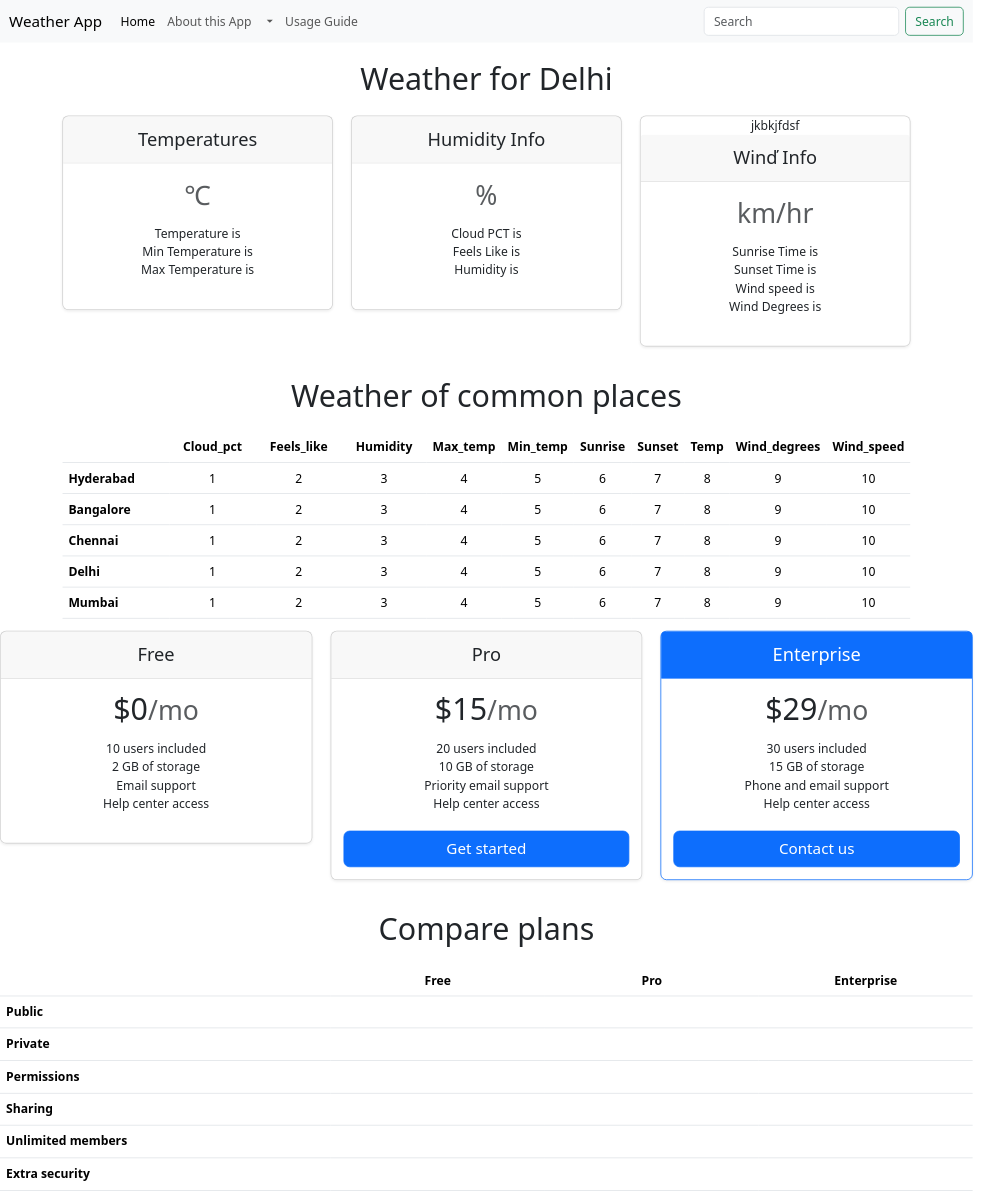
Repository: Abhilash2909/weather
Page: index.html
The author's editor kept a copy of each file at every save. The page is drawn from the files as they stood at one save, then again after the next save.
The browser window is 1280 px wide. The page is 1292 px wide, so the pictures cover 1292 px, including what lies to the right of the window. The pictures show the whole page, at 76% of full size.
The page's requests for data from a server got no answer.

Above is the page before, as saved 2024-02-11 17:02:30.

### index.html
<!doctype html>
<html lang="en">
  <head>
    <meta charset="utf-8">
    <meta name="viewport" content="width=device-width, initial-scale=1">
    <title>My Weather App</title>
    <link href="https://cdn.jsdelivr.net/npm/bootstrap@5.3.2/dist/css/bootstrap.min.css" rel="stylesheet" integrity="sha384-T3c6CoIi6uLrA9TneNEoa7RxnatzjcDSCmG1MXxSR1GAsXEV/Dwwykc2MPK8M2HN" crossorigin="anonymous">
  </head>
  <body>
    <nav class="navbar navbar-expand-lg bg-body-tertiary">
        <div class="container-fluid">
          <a class="navbar-brand" href="#">Weather App</a>
          <button class="navbar-toggler" type="button" data-bs-toggle="collapse" data-bs-target="#navbarSupportedContent" aria-controls="navbarSupportedContent" aria-expanded="false" aria-label="Toggle navigation">
            <span class="navbar-toggler-icon"></span>
          </button>
          <div class="collapse navbar-collapse" id="navbarSupportedContent">
            <ul class="navbar-nav me-auto mb-2 mb-lg-0">
              <li class="nav-item">
                <a class="nav-link active" aria-current="page" href="#">Home</a>
              </li>
              <li class="nav-item">
                <a class="nav-link" href="#">About this App</a>
              </li>
              <li class="nav-item dropdown">
                <a class="nav-link dropdown-toggle" href="#" role="button" data-bs-toggle="dropdown" aria-expanded="false">
                </a>
                <ul class="dropdown-menu">
                  <li><a class="dropdown-item" href="#">Delhi</a></li>
                  <li><a class="dropdown-item" href="#">Seattle</a></li>
                  <li><a class="dropdown-item" href="#">Bangalore</a></li>
                </ul>
              </li>
              <li class="nav-item">
                <a class="nav-link" aria-disabled="true">Usage Guide</a>
              </li>
            </ul>
            <form class="d-flex" role="search">
              <input id="city" class="form-control me-2" type="search" placeholder="Search" aria-label="Search">
              <button class="btn btn-outline-success" type="submit" id="submit">Search</button>
            </form>
          </div>
        </div>
      </nav>

      <div class="container">
        <main>
          <h1 class= "my-4 text-center">Weather for <span id="cityName"></span></h1>
          <div class="row row-cols-1 row-cols-md-3 mb-3 text-center">
          <div class="col">
            <div class="card mb-4 rounded-3 shadow-sm">
              <div class="card-header py-3">
                <h4 class="my-0 fw-normal">Temperatures</h4>
              </div>
              <div class="card-body">
                <h1 class="card-title pricing-card-title"><span id="temp2"></span><small class="text-body-secondary fw-light"></span><span>&#8451;</span></small></h1>
                <ul class="list-unstyled mt-3 mb-4">
                  <li>Temperature is <span id="temp" ></span></li>
                  <li>Min Temperature is <span id="min_temp" ></span></li>
                  <li>Max Temperature is <span id="max_temp" ></span></li>
                </ul>
                <!-- <button type="button" class="w-100 btn btn-lg btn-outline-primary">Sign up for free</button> -->
              </div>
            </div>
          </div>
          <div class="col">
            <div class="card mb-4 rounded-3 shadow-sm">
              <div class="card-header py-3">
                <h4 class="my-0 fw-normal">Humidity Info</h4>
              </div>
              <div class="card-body">
                <h1 class="card-title pricing-card-title"><span id="humidity2" ></span><small class="text-body-secondary fw-light">%</small></h1>
                <ul class="list-unstyled mt-3 mb-4">
                  <li>Cloud PCT is <span id="cloud_pct" ></span></li>
                  <li>Feels Like is <span id="feels_like" ></span></li>
                  <li>Humidity is <span id="humidity" ></span></li>
                </ul>
                <!-- <button type="button" class="w-100 btn btn-lg btn-primary">Get started</button> -->
              </div>
            </div>
          </div>

          <div class="col">
            <div class="card mb-4 rounded-3 shadow-sm">jkbkjfdsf
              <div class="card-header py-3">
                <h4 class="my-0 fw-normal">Winď Info</h4>
              </div>
              <div class="card-body">
                <h1 class="card-title pricing-card-title"><span id="wind_speed2" ></span><small class="text-body-secondary fw-light">km/hr</small></h1>
                <ul class="list-unstyled mt-3 mb-4">
                  <li>Sunrise Time is <span id="sunrise" ></span></li>
                  <li>Sunset Time is <span id="sunset" ></span></li>
                  <li>Wind speed is <span id="wind_speed" ></span></li>
                  <li>Wind Degrees is <span id="wind_degrees" ></span></li>
                </ul>
                <!-- <button type="button" class="w-100 btn btn-lg btn-primary">Contact us</button> -->
              </div>
            </div>
          </div>
        </div>

        <h2 class="display-6 text-center mb-4">Weather of common places</h2>

        <div class="table-responsive">
          <table class="table text-center">
            <thead>
              <tr>
                <th style="width: 34%;">   </th>
                <th style="width: 22%;"> Cloud_pct </th>
                <th style="width: 22%;"> Feels_like </th>
                <th style="width: 22%;"> Humidity </th>
                <th style="width: 22%;"> Max_temp </th>
                <th style="width: 22%;"> Min_temp </th>
                <th style="width: 22%;"> Sunrise </th>
                <th style="width: 22%;"> Sunset </th>
                <th style="width: 22%;"> Temp </th>
                <th style="width: 22%;"> Wind_degrees </th>
                <th style="width: 22%;"> Wind_speed </th>
              </tr>
            </thead>
            <tbody>
              <tr>
                <th scope="row" class="text-start">Hyderabad</th>
                <td>1</td>
                <td>2</td>
                <td>3</td>
                <td>4</td>
                <td>5</td>
                <td>6</td>
                <td>7</td>
                <td>8</td>
                <td>9</td>
                <td>10</td>
              </tr>
              <tr>
                <th scope="row" class="text-start">Bangalore</th>
                <td>1</td>
                <td>2</td>
                <td>3</td>
                <td>4</td>
                <td>5</td>
                <td>6</td>
                <td>7</td>
                <td>8</td>
                <td>9</td>
                <td>10</td>
              </tr>
            </tbody>

            <tbody>
              <tr>
                <th scope="row" class="text-start">Chennai</th>
                <td>1</td>
                <td>2</td>
                <td>3</td>
                <td>4</td>
                <td>5</td>
                <td>6</td>
                <td>7</td>
                <td>8</td>
                <td>9</td>
                <td>10</td>
              </tr>
              <tr>
                <th scope="row" class="text-start">Delhi</th>
                <td>1</td>
                <td>2</td>
                <td>3</td>
                <td>4</td>
                <td>5</td>
                <td>6</td>
                <td>7</td>
                <td>8</td>
                <td>9</td>
                <td>10</td>
              </tr>
              <tr>
                <th scope="row" class="text-start">Mumbai</th>
                <td>1</td>
                <td>2</td>
                <td>3</td>
                <td>4</td>
                <td>5</td>
                <td>6</td>
                <td>7</td>
                <td>8</td>
                <td>9</td>
                <td>10</td>
              </tr>
            </tbody>
          </table>
        </div>
      </main></div>
    <script src="https://cdn.jsdelivr.net/npm/bootstrap@5.3.2/dist/js/bootstrap.bundle.min.js" integrity="sha384-C6RzsynM9kWDrMNeT87bh95OGNyZPhcTNXj1NW7RuBCsyN/o0jlpcV8Qyq46cDfL" crossorigin="anonymous"></script>
    <script src="script.js"></script>
</body>
</html>


<main>
  <div class="row row-cols-1 row-cols-md-3 mb-3 text-center">
    <div class="col">
      <div class="card mb-4 rounded-3 shadow-sm">
        <div class="card-header py-3">
          <h4 class="my-0 fw-normal">Free</h4>
        </div>
        <div class="card-body">
          <h1 class="card-title pricing-card-title">$0<small class="text-body-secondary fw-light">/mo</small></h1>
          <ul class="list-unstyled mt-3 mb-4">
            <li>10 users included</li>
            <li>2 GB of storage</li>
            <li>Email support</li>
            <li>Help center access</li>
          </ul>
          <!-- <button type="button" class="w-100 btn btn-lg btn-outline-primary">Sign up for free</button> -->
        </div>
      </div>
    </div>
    <div class="col">
      <div class="card mb-4 rounded-3 shadow-sm">
        <div class="card-header py-3">
          <h4 class="my-0 fw-normal">Pro</h4>
        </div>
        <div class="card-body">
          <h1 class="card-title pricing-card-title">$15<small class="text-body-secondary fw-light">/mo</small></h1>
          <ul class="list-unstyled mt-3 mb-4">
            <li>20 users included</li>
            <li>10 GB of storage</li>
            <li>Priority email support</li>
            <li>Help center access</li>
          </ul>
          <button type="button" class="w-100 btn btn-lg btn-primary">Get started</button>
        </div>
      </div>
    </div>
    <div class="col">
      <div class="card mb-4 rounded-3 shadow-sm border-primary">
        <div class="card-header py-3 text-bg-primary border-primary">
          <h4 class="my-0 fw-normal">Enterprise</h4>
        </div>
        <div class="card-body">
          <h1 class="card-title pricing-card-title">$29<small class="text-body-secondary fw-light">/mo</small></h1>
          <ul class="list-unstyled mt-3 mb-4">
            <li>30 users included</li>
            <li>15 GB of storage</li>
            <li>Phone and email support</li>
            <li>Help center access</li>
          </ul>
          <button type="button" class="w-100 btn btn-lg btn-primary">Contact us</button>
        </div>
      </div>
    </div>
  </div>

  <h2 class="display-6 text-center mb-4">Compare plans</h2>

  <div class="table-responsive">
    <table class="table text-center">
      <thead>
        <tr>
          <th style="width: 34%;"></th>
          <th style="width: 22%;">Free</th>
          <th style="width: 22%;">Pro</th>
          <th style="width: 22%;">Enterprise</th>
        </tr>
      </thead>
      <tbody>
        <tr>
          <th scope="row" class="text-start">Public</th>
          <td><svg class="bi" width="24" height="24"><use xlink:href="#check"></use></svg></td>
          <td><svg class="bi" width="24" height="24"><use xlink:href="#check"></use></svg></td>
          <td><svg class="bi" width="24" height="24"><use xlink:href="#check"></use></svg></td>
        </tr>
        <tr>
          <th scope="row" class="text-start">Private</th>
          <td></td>
          <td><svg class="bi" width="24" height="24"><use xlink:href="#check"></use></svg></td>
          <td><svg class="bi" width="24" height="24"><use xlink:href="#check"></use></svg></td>
        </tr>
      </tbody>

      <tbody>
        <tr>
          <th scope="row" class="text-start">Permissions</th>
          <td><svg class="bi" width="24" height="24"><use xlink:href="#check"></use></svg></td>
          <td><svg class="bi" width="24" height="24"><use xlink:href="#check"></use></svg></td>
          <td><svg class="bi" width="24" height="24"><use xlink:href="#check"></use></svg></td>
        </tr>
        <tr>
          <th scope="row" class="text-start">Sharing</th>
          <td></td>
          <td><svg class="bi" width="24" height="24"><use xlink:href="#check"></use></svg></td>
          <td><svg class="bi" width="24" height="24"><use xlink:href="#check"></use></svg></td>
        </tr>
        <tr>
          <th scope="row" class="text-start">Unlimited members</th>
          <td></td>
          <td><svg class="bi" width="24" height="24"><use xlink:href="#check"></use></svg></td>
          <td><svg class="bi" width="24" height="24"><use xlink:href="#check"></use></svg></td>
        </tr>
        <tr>
          <th scope="row" class="text-start">Extra security</th>
          <td></td>
          <td></td>
          <td><svg class="bi" width="24" height="24"><use xlink:href="#check"></use></svg></td>
        </tr>
      </tbody>
    </table>
  </div>
</main>

### script.js

// const url = 'https://weather-by-api-ninjas.p.rapidapi.com/v1/weather?city=Seattle';
// const options = {
//     method: 'GET',
//     headers: {
//         'X-RapidAPI-Key': '9f5fc666cemsh950495f18781500p1999a7jsna0d8657b4aba',
//         'X-RapidAPI-Host': 'weather-by-api-ninjas.p.rapidapi.com'
//     }
// };

// async function fetchData() {
//     try {
//         const response = await fetch(url, options);
//         const result = await response.text();
//         console.log(result);
//     } catch (error) {
//         console.error(error);
//     }
// }

// fetchData();


// const url = 'https://weather-by-api-ninjas.p.rapidapi.com/v1/weather?city=Seattle';
// const options = {
// 	method: 'GET',
// 	headers: {
// 		'X-RapidAPI-Key': '9f5fc666cemsh950495f18781500p1999a7jsna0d8657b4aba',
// 		'X-RapidAPI-Host': 'weather-by-api-ninjas.p.rapidapi.com'
// 	}
// };

// try {
// 	const response = await fetch(url, options);
// 	const result = await response.text();
// 	console.log(result);
// } catch (error) {
// 	console.error(error);
// }



const options = {
    method: 'GET',
    headers: {
      'X-RapidAPI-Key': 'b45e96323fmshf5e4bc50d3b8a90p1e091djsnfb21cde4eb87',
      'X-RapidAPI-Host': 'weather-by-api-ninjas.p.rapidapi.com'
    }
  };
const getWeather = (city) => {
  cityName.innerHTML = city
  fetch('https://weather-by-api-ninjas.p.rapidapi.com/v1/weather?city=' + city, options)
    .then(response => response.json())
    .then((response) => {
      console.log(response)
      cloud_pct.innerHTML = response.cloud_pct
      temp.innerHTML = response.temp
      temp2.innerHTML = response.temp
      feels_like.innerHTML = response.feels_like
      humidity.innerHTML = response.humidity
      humidity2.innerHTML = response.humidity
      min_temp.innerHTML = response.min_temp
      max_temp.innerHTML = response.max_temp
      wind_speed.innerHTML = response.wind_speed
      wind_speed2.innerHTML = response.wind_speed
      wind_degrees.innerHTML = response.wind_degrees
      sunrise.innerHTML = response.sunrise
      sunset.innerHTML = response.sunset
    })
    .catch(error => console.error(error));
}

submit.addEventListener("click", (e)=>{
  e.preventDefault()
  getWeather(city.value)
})

getWeather("Delhi")

After the next save:
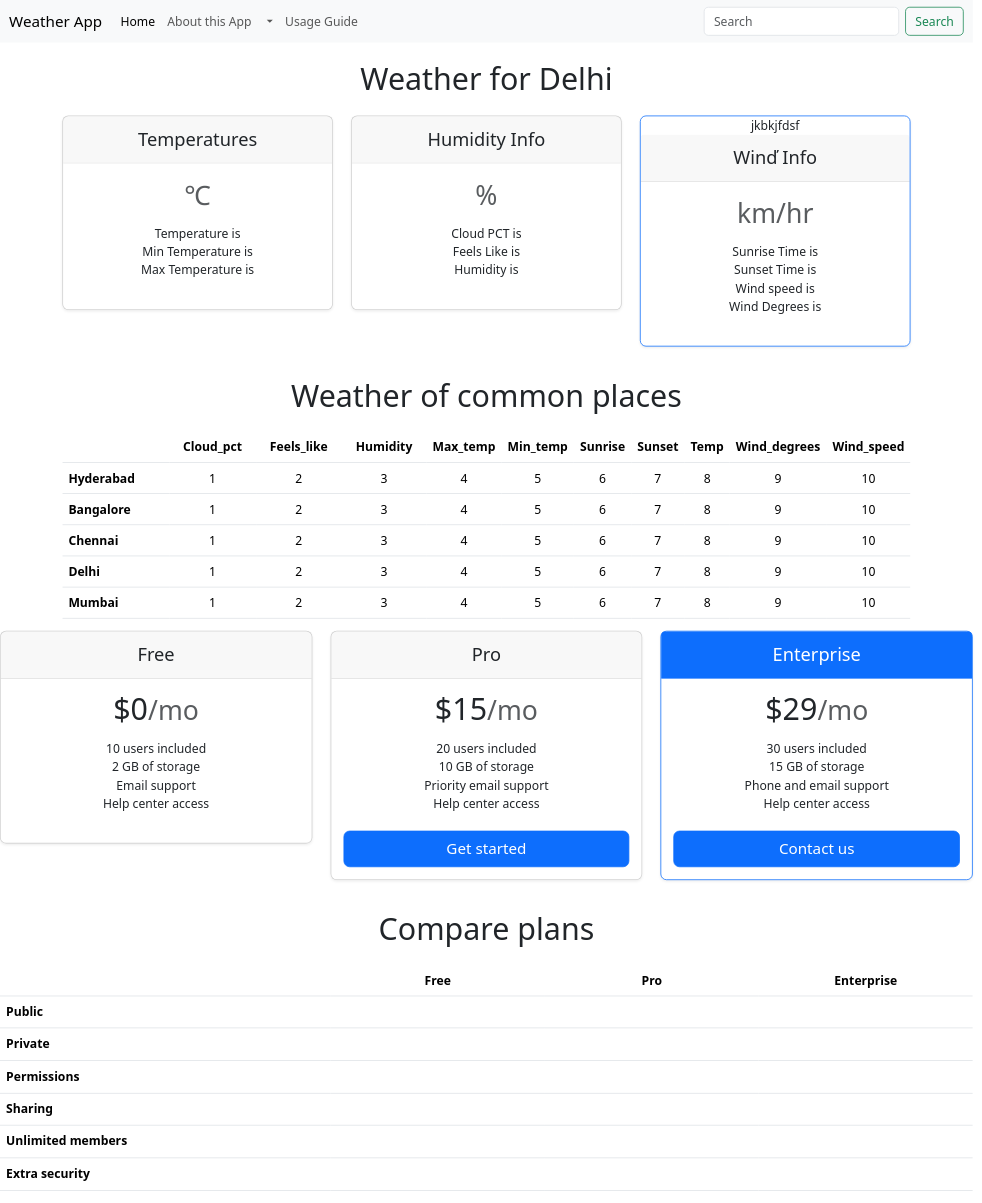
Saved 32 s later.
--- a/index.html
+++ b/index.html
@@ -80,7 +80,7 @@
           </div>
 
           <div class="col">
-            <div class="card mb-4 rounded-3 shadow-sm">jkbkjfdsf
+            <div class="card mb-4 rounded-3 shadow-sm border-primary">jkbkjfdsf
               <div class="card-header py-3">
                 <h4 class="my-0 fw-normal">Winď Info</h4>
               </div>
